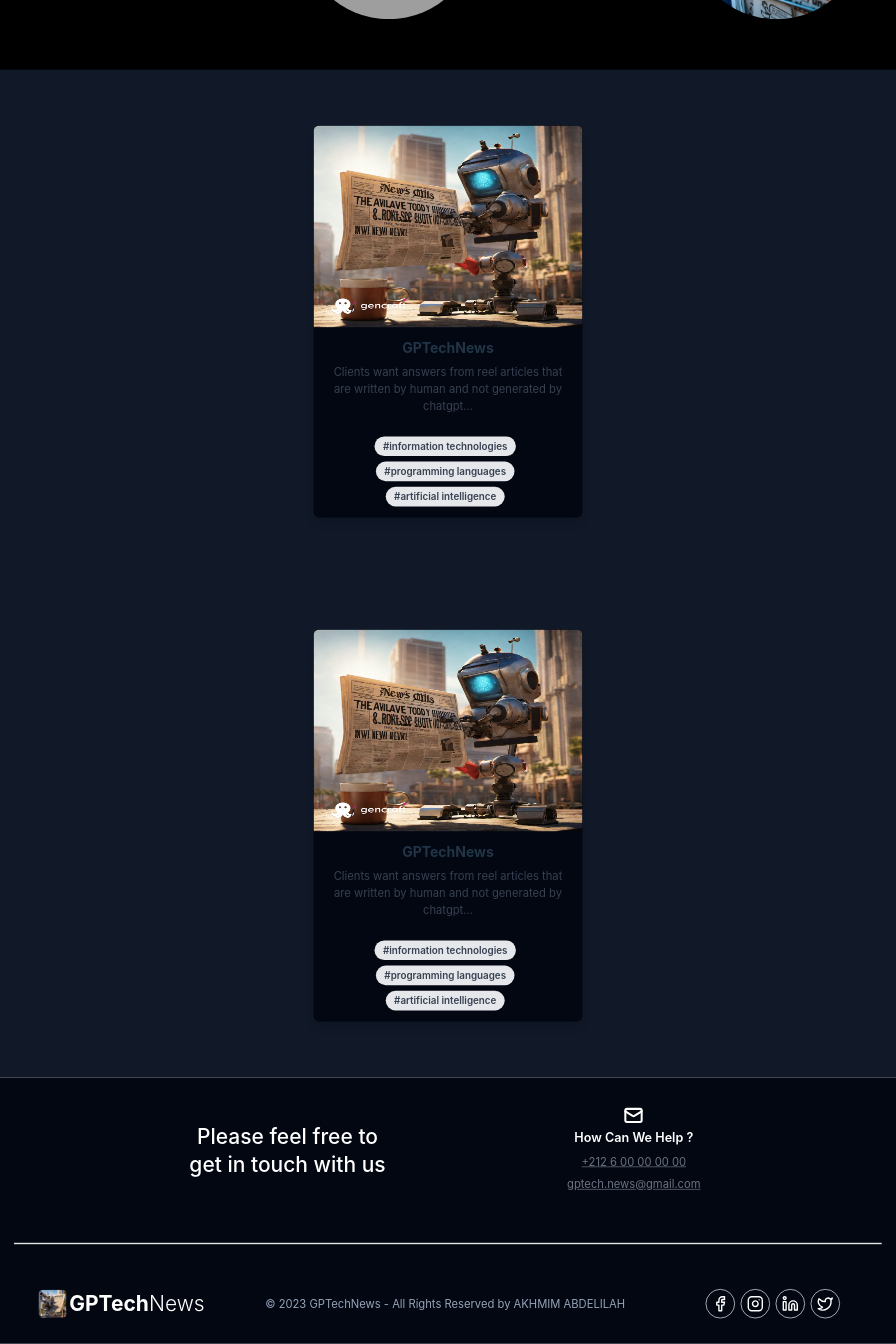
Repository: Lablab-me-Hackathon/gptech-news-frontend
Page: /
The author's editor kept a copy of each file at every save. The page is drawn from the files as they stood at one save, then again after the next save.
The browser window is 1280 px wide. The pictures show the part of the page from y = 668 to 2588 px (the page is 2588 px tall before and 2564 px after), at 70% of full size.
Pictures or frames that could not be fetched are drawn as grey boxes. The project was rebuilt for these pictures with package versions that can differ from the ones it lists, and the page was loaded fresh each time. Also part of the build but not shown: vite.config.js.

Above is the page before, as saved 2023-08-07 18:39:29.

After the next save:
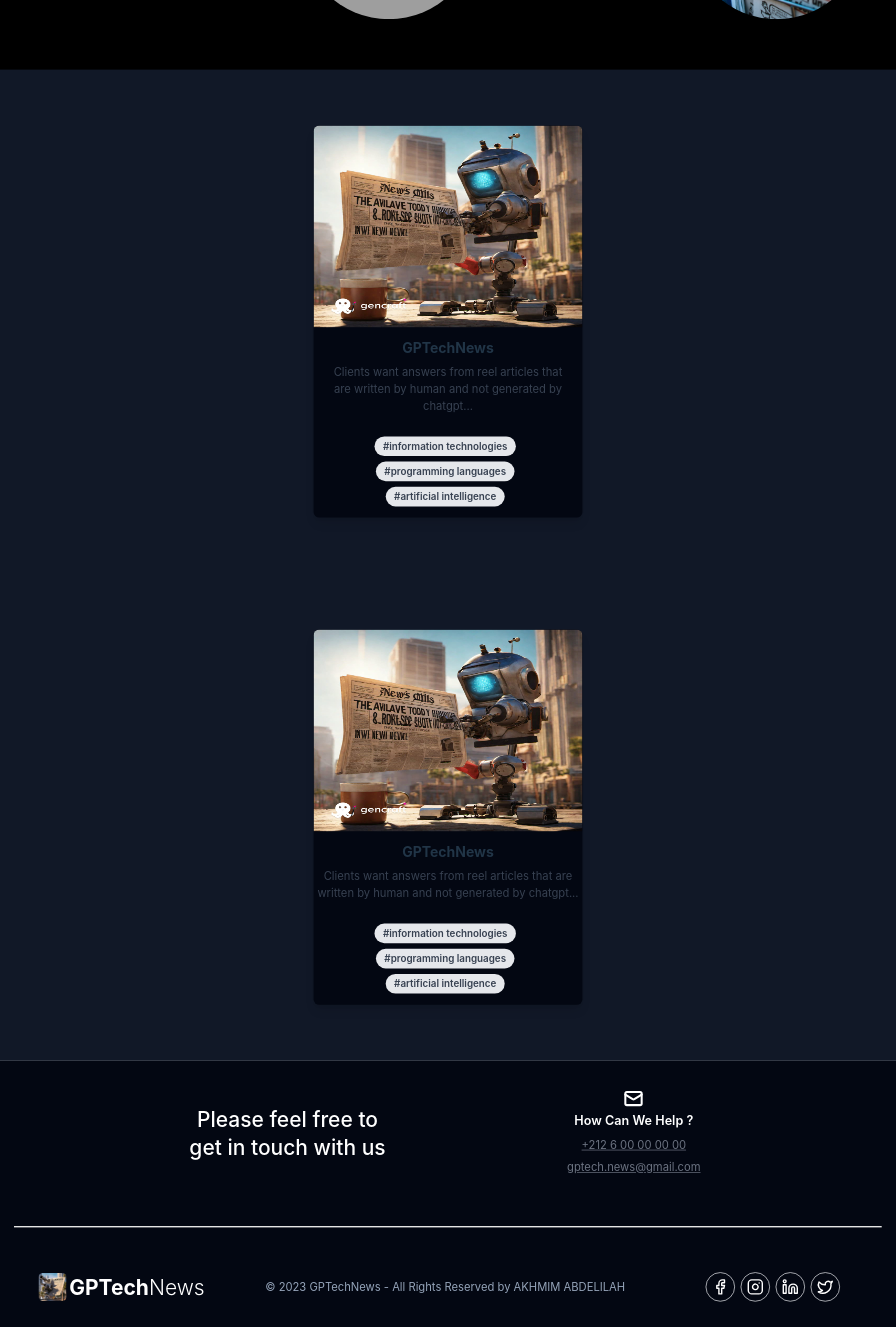
Saved 21 s later.
--- a/src/services/articles/Articles.jsx
+++ b/src/services/articles/Articles.jsx
@@ -24,7 +24,7 @@
           src="ainews.jpg"
           alt="ai news article"
         />
-        <div className="px-6 py-4">
+        <div className="textpx-6 py-4">
           <div className="font-bold text-xl mb-2">GPTechNews</div>
           <p className="text-gray-700 text-base ">
             Clients want answers from reel articles that are written by human and not generated by chatgpt...

After the save that followed:
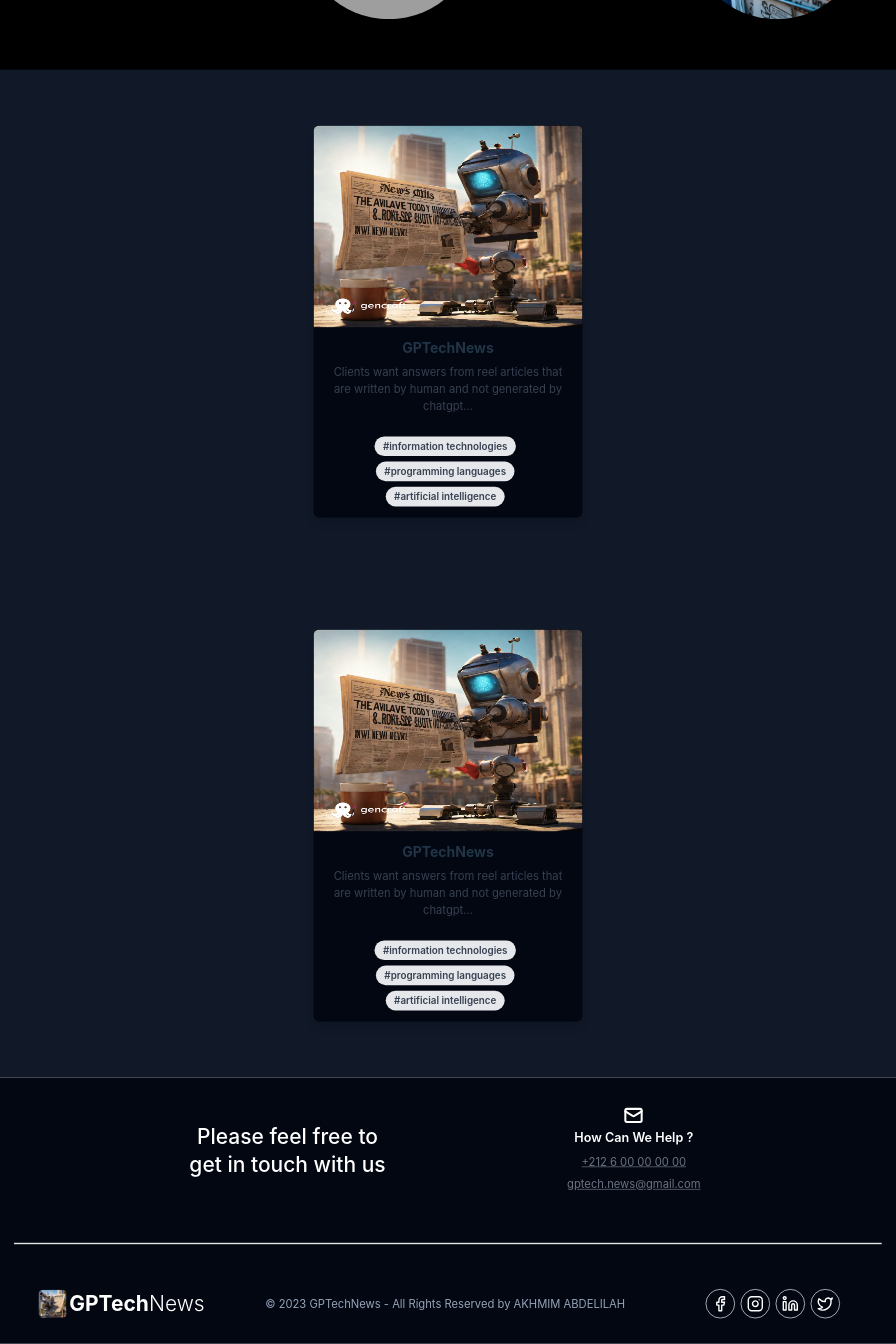
Saved 5 s later.
--- a/src/services/articles/Articles.jsx
+++ b/src/services/articles/Articles.jsx
@@ -24,7 +24,7 @@
           src="ainews.jpg"
           alt="ai news article"
         />
-        <div className="textpx-6 py-4">
+        <div className="px-6 py-4">
           <div className="font-bold text-xl mb-2">GPTechNews</div>
           <p className="text-gray-700 text-base ">
             Clients want answers from reel articles that are written by human and not generated by chatgpt...
